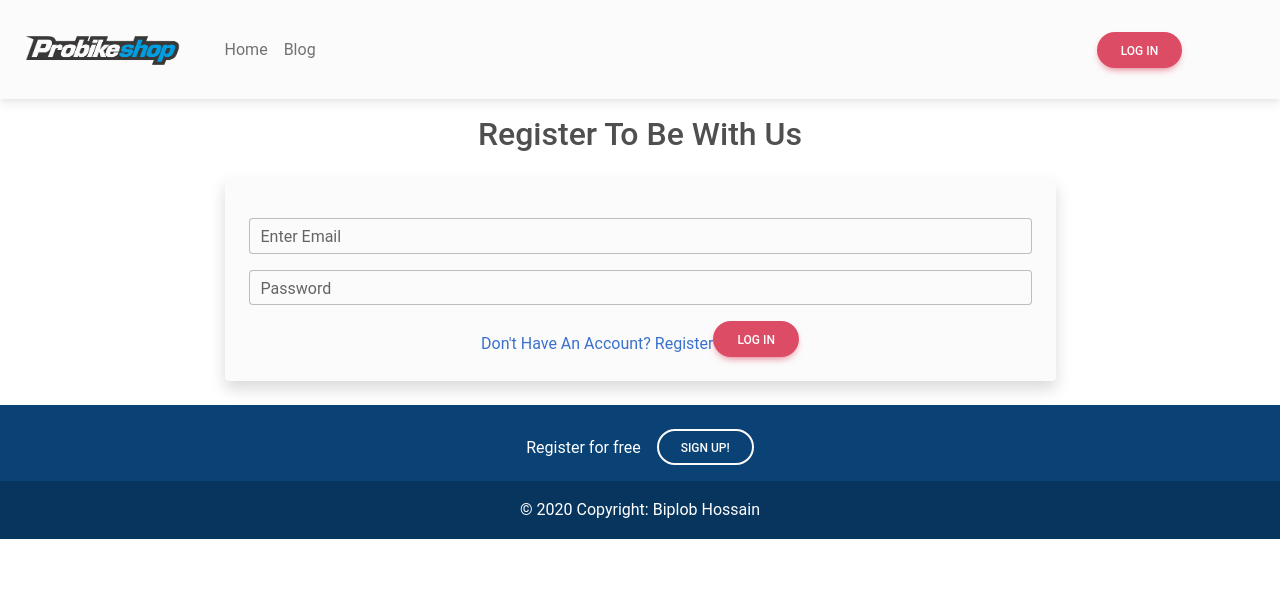
Repository: Tanvir3744/Ware-house
Page: /login
An editor plug-in stored every save of this project. The page is shown before and after the next save, followed by the edit.
The browser window is 1280 px wide. The pictures show the whole page.
The project was rebuilt for these pictures with package versions that can differ from the ones it lists, and the page was loaded fresh each time. Also part of the build but not shown: src/components/Home/Banner/Banner.js, src/components/Home/Home.js, src/components/Register/Register.js, src/components/Blog/Blog.js.

Above is the page before, as saved 2022-05-13 00:12:40.

After the next save:
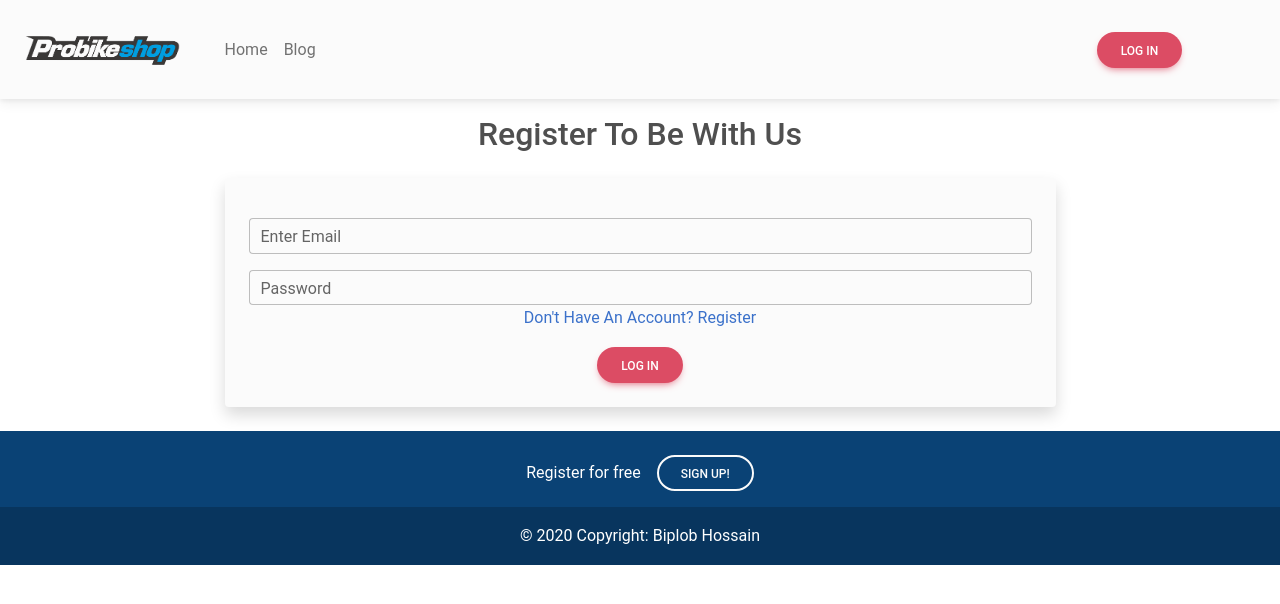
Saved 13 s later.
--- a/src/components/Login/Login.js
+++ b/src/components/Login/Login.js
@@ -12,7 +12,7 @@
                         <form className='mt-4 mb-4 bg-light shadow rounded p-4'>
                             <MDBInput className='mt-3' label='Enter Email' name='email' id='typeEmail' type='email' required />
                             <MDBInput className='mt-3' label='Password' id='typePassword' type='password' name='password1' />
-                            <Link to='/register'>Don't Have An Account? Register</Link>
+                            <Link to='/register'>Don't Have An Account? Register</Link><br />
                             <MDBBtn className='rounded-pill mt-3' type='submit' color="danger ">Log In</MDBBtn>
                         </form>
                     </div>
